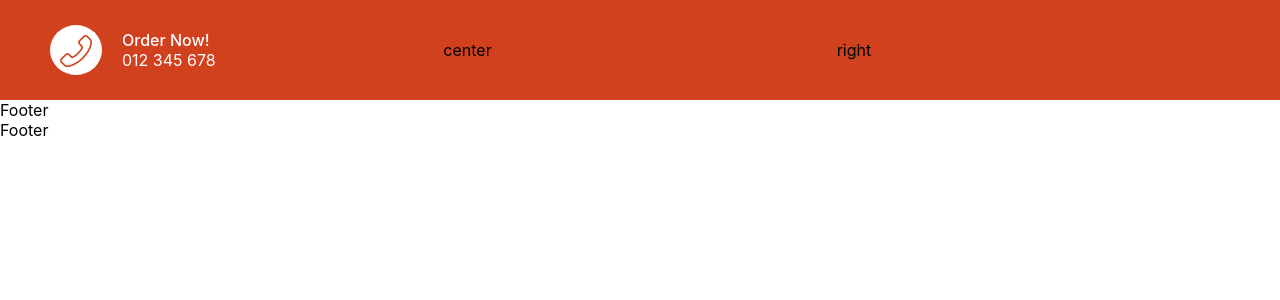
Repository: exiled-kal/RestuarantNextJS
Page: /components/Layout
The author's editor kept a copy of each file at every save. The page is drawn from the files as they stood at one save, then again after a run of saves.
The browser window is 1280 px wide. The pictures show the whole page.
The project was rebuilt for these pictures with package versions that can differ from the ones it lists, and the page was loaded fresh each time. The framework's server and built-in components were replaced by stand-ins that run in the browser. Also part of the build but not shown: next.config.js.

Above is the page before, as saved 2021-12-14 12:46:53.

### pages/components/Footer.jsx
const Footer = () => {
    return (
        <div>
            Footer
        </div>
    )
}

export default Footer

### pages/components/Navbar.jsx
const Navbar = () => {
    return (
        <div>

        </div>
    )
}

export default Navbar

### components/Footer.jsx
const Footer = () => {
    return (
        <div>
            Footer
        </div>
    )
}

export default Footer

### components/Navbar.jsx
import Image from "next/image";
import styles from "../styles/Navbar.module.css";

const Navbar = () => {
  return (
    <div className={styles.container}>
      <div className={styles.item}>
        <div className={styles.callButton}>
          <Image src="/img/telephone.png" alt="" width="32" height="32" />
        </div>
        <div className={styles.texts}>
          <div className={styles.text}>Order Now!</div>
          <div className={styles.text}>012 345 678</div>
        </div>
      </div>

      <div className={styles.item}>center</div>
      <div className={styles.item}>right</div>
    </div>
  );
};

export default Navbar;

### styles/Navbar.module.css
.container {
  height: 100px;
  padding: 0px 50px;
  background-color: #d1411e;
  display: flex;
  align-items: center;
  justify-content: space-between;
  position: sticky;
  top: 0px;
}

.item {
  flex: 1;
  display: flex;
  align-items: center;
}

.items:nth-child(2) {
  flex: 3;
}

.callButton {
  background-color: white;
  border-radius: 50%;
  padding: 10px;
  height: 50px;
}

.texts {
  margin-left: 20px;
  color: white;
}

.text:first-child {
  font: size 12px;
  font-weight: 500;
}

.text:last-child

Loaded but not shown: pages/_app.js (common file); pages/components/Layout.js (common file); components/Layout.js (common file); styles/globals.css (common file)

After the next 2 saves:
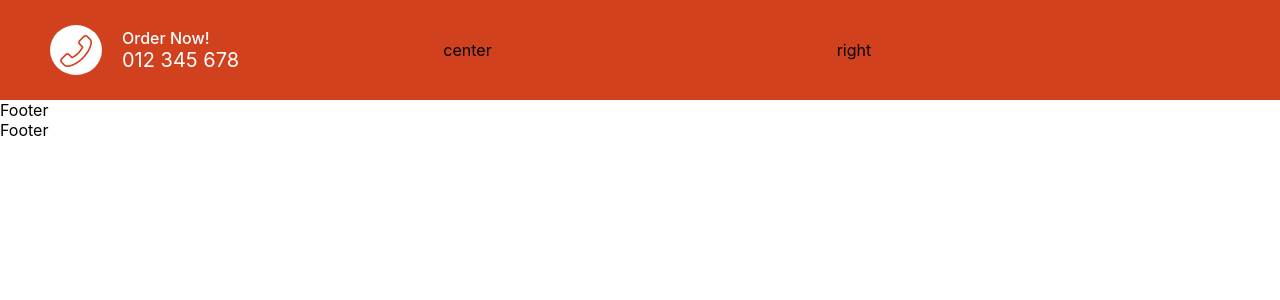
The 2 saves are shown as one change because they came seconds apart.
The last was saved 11 s later.
--- a/styles/Navbar.module.css
+++ b/styles/Navbar.module.css
@@ -36,4 +36,7 @@
   font-weight: 500;
 }
 
-.text:last-child
+.text:last-child {
+  font-size: 20px;
+
+}
